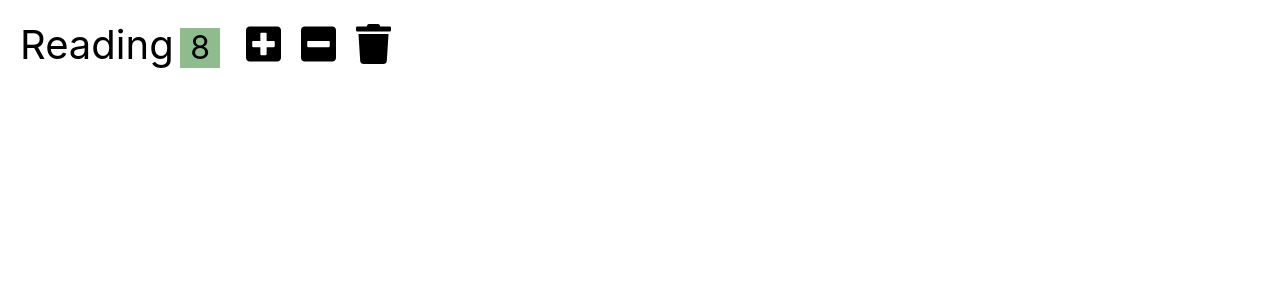
Repository: keehoonjung/react-habit-tracker
Page: / (app in react/habit-tracker/)
These files come from the project's save history. The page is drawn as it stood at one moment and after a run of saves; the edit follows.
The browser window is 1280 px wide. The pictures show the whole page.
The project was rebuilt for these pictures with package versions that can differ from the ones it lists, and the page was loaded fresh each time.

Above is the page before, as saved 2021-08-30 16:20:24.

### react/habit-tracker/public/index.html
<!DOCTYPE html>
<html lang="en">
  <head>
    <meta charset="utf-8" />
    <link rel="icon" href="%PUBLIC_URL%/favicon.ico" />
    <meta name="viewport" content="width=device-width, initial-scale=1" />
    <meta name="theme-color" content="#000000" />
    <meta
      name="description"
      content="Web site created using create-react-app"
    />
    <link rel="apple-touch-icon" href="%PUBLIC_URL%/logo192.png" />
    <title>App</title>
  </head>
  <body>
    <noscript>You need to enable JavaScript to run this app.</noscript>
    <div id="root"></div>
  </body>
</html>

### react/habit-tracker/src/app.jsx
import React from "react";
import "./app.css";
import Habit from "./components/habit";

function App() {
  return <Habit />;
}

export default App;

### react/habit-tracker/src/app.css
button {
  outline: none;
  border: 0;
  cursor: pointer;
}

.habit {
  font-size: 2.5rem;
  padding: 0.5em;
  list-style: none;
}

.habit-count {
  display: inline-block;
  text-align: center;
  width: 2.5rem;
  height: 2.5rem;
  line-height: 2.5rem;
  font-size: 2rem;
  margin-left: 0.2em;
  margin-right: 0.5em;
  background-color: darkseagreen;
}

.habit-button {
  font-size: 2.5rem;
  margin: 0 0.1em;
  background-color: transparent;
}

.habit-button:hover {
  opacity: 0.8;
}

.habit-increase,
.habit-decrease {
  color: goldenrod;
}

.habit-delete {
  color: darkred;
}

### react/habit-tracker/src/components/habit.jsx
import React, { Component } from "react";

class Habit extends Component {
  render() {
    return (
      <li className="habit">
        <span className="habit-name">Reading</span>
        <span className="habit-count">8</span>
        <button className="habit-button haibit-increase">
          <i className="fas fa-plus-square"></i>
        </button>
        <button className="habit-button haibit-decrease">
          <i className="fas fa-minus-square"></i>
        </button>
        <button className="habit-button haibit-delete">
          <i className="fas fa-trash"></i>
        </button>
      </li>
    );
  }
}

export default Habit;

Loaded but not shown: react/habit-tracker/src/index.js (common file); react/habit-tracker/src/index.css (common file)

After the next 2 saves:
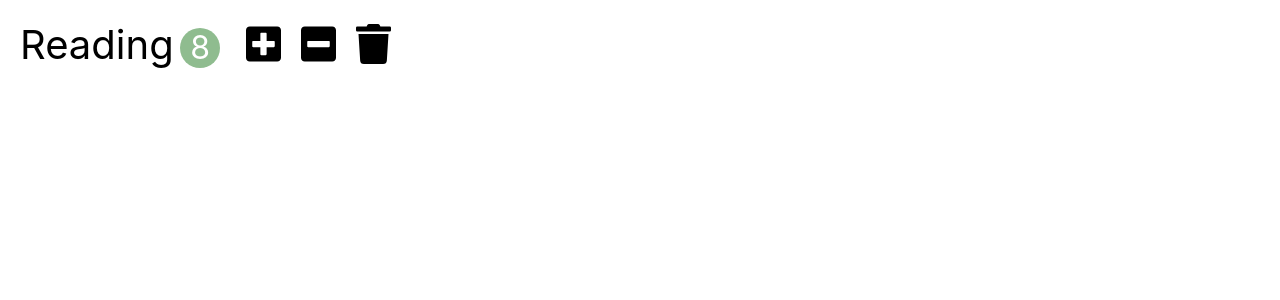
The 2 saves are shown as one change because they came seconds apart.
The last was saved 22 s later.
--- a/react/habit-tracker/src/app.css
+++ b/react/habit-tracker/src/app.css
@@ -20,6 +20,8 @@ button {
   margin-left: 0.2em;
   margin-right: 0.5em;
   background-color: darkseagreen;
+  color: white;
+  border-radius: 50%;
 }
 
 .habit-button {
